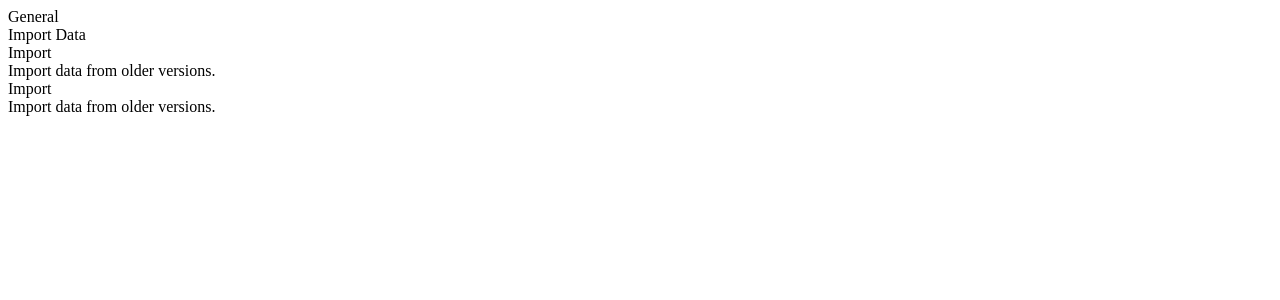
Repository: arjay07/AlineNotebook
Page: app/views/settings.html
The author's editor kept a record of every edit. The page is drawn from the files as they stood at one moment, then again after the next edit.
The browser window is 1280 px wide. The pictures show the whole page.

Above is the page before.

After the next edit:
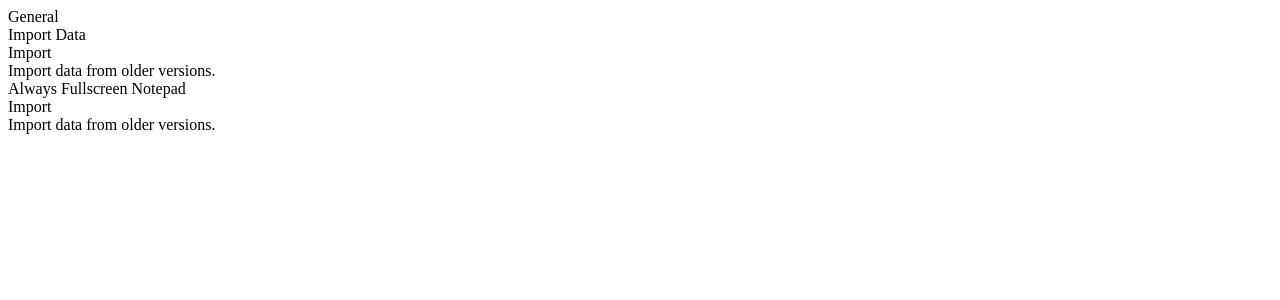
The edit:
--- a/app/views/settings.html
+++ b/app/views/settings.html
@@ -10,7 +10,7 @@
         <div class="settingdesc">Import data from older versions.</div>
     </div>
     <div class="settingitem">
-        <div class="settinglabel"></div>
+        <div class="settinglabel">Always Fullscreen Notepad</div>
         <div class="settingfunction">
             <div id="importdata" class="btn">Import</div>
         </div>
